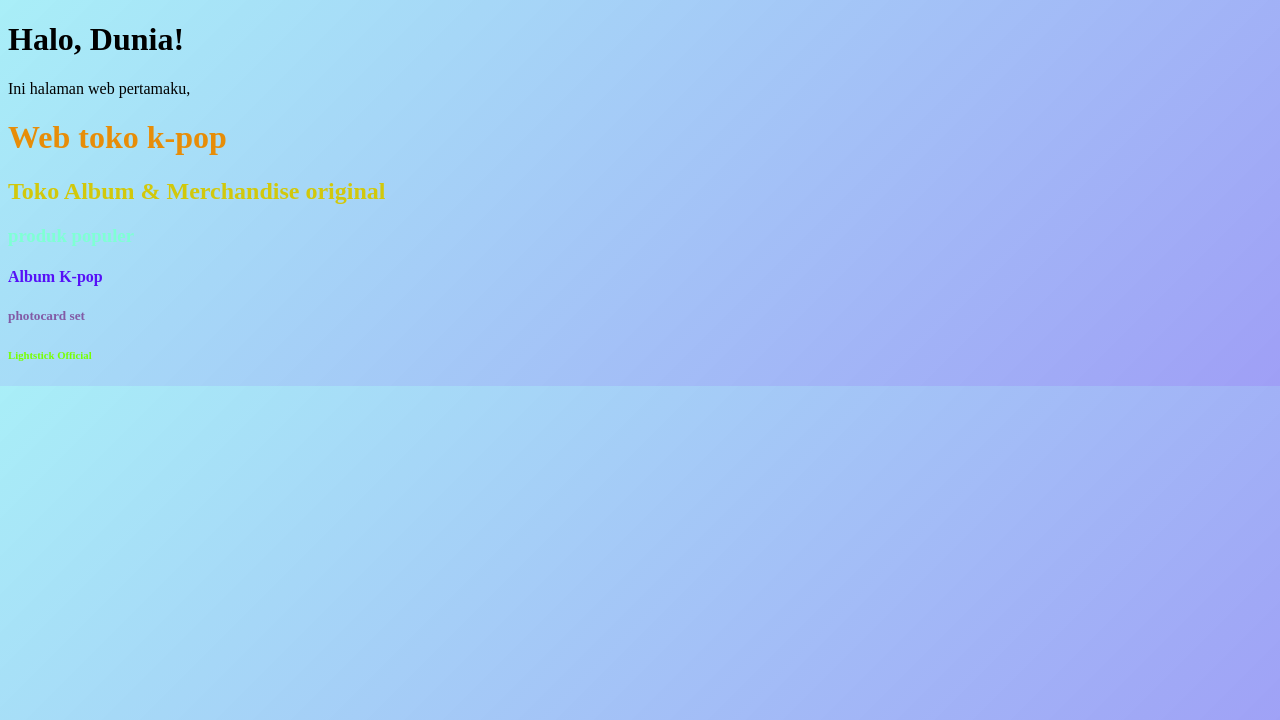
Repository: sekartazivi/241552010020-Web-Application-Development
Page: test.html
An editor plug-in stored every save of this project. The page is shown before and after the next save, followed by the edit.
The browser window is 1280 px wide. The pictures show the whole page.

Above is the page before, as saved 2026-02-20 08:54:06.

### test.html
<!DOCTYPE html>
<html lang="en">
<head>
    <meta charset="UTF-8">
    <meta name="viewport" content="width=device-width, initial-scale=<,>">
    <title> web toko kpop</title>

    <style>
         body {
            background: linear-gradient(135deg, #97ebf6d3, #9f9ff6);
        }
    </style>

</head>
<body>
    <h1 style="color: black;">Halo, Dunia!</h1>
    <p>Ini halaman web pertamaku,</p>
    <h1 style="color: rgb(231, 141, 8);">Web toko k-pop</h1>
    <h2 style="color: rgb(210, 200, 11);">Toko Album & Merchandise original</h2>
    <h3 style="color: aquamarine;" >produk populer</h3>
    <h4 style="color: rgb(86, 16, 247);" >Album K-pop</h4>
    <h5 style="color: rgb(130, 91, 166);">photocard set</h5>
    <h6 style="color: rgb(119, 255, 0);">Lightstick Official</h6>
</body>
</html>

After the next save:
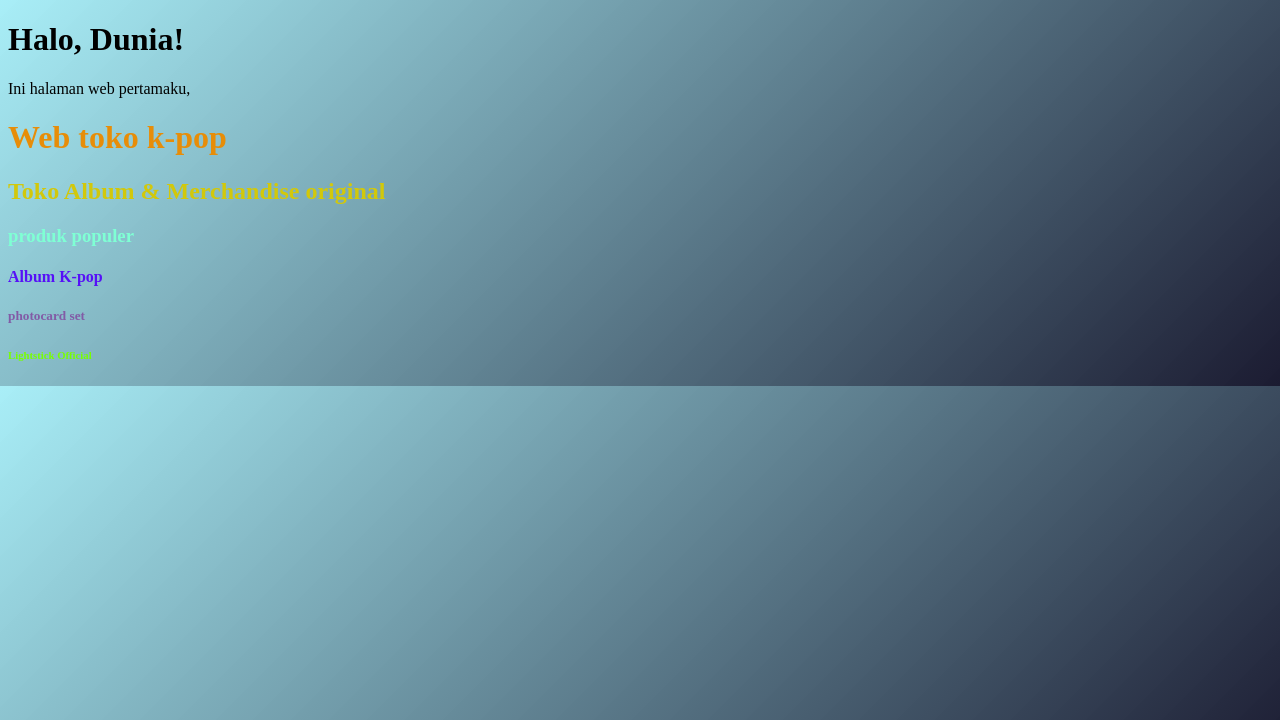
Saved 16 s later.
--- a/test.html
+++ b/test.html
@@ -7,7 +7,7 @@
 
     <style>
          body {
-            background: linear-gradient(135deg, #97ebf6d3, #9f9ff6);
+            background: linear-gradient(135deg, #97ebf6d3, #1b1b31);
         }
     </style>
 
